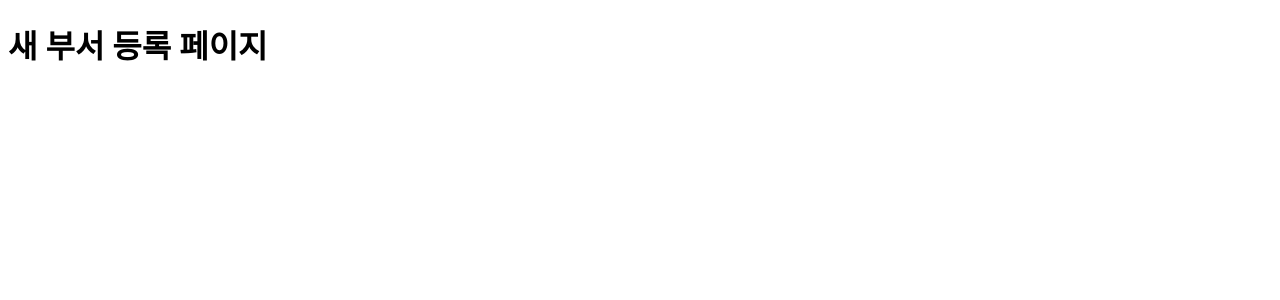
Repository: onuo77/HTA
Page: http://localhost/sample/hr/dept/form.jsp
These files come from the project's save history. The page is drawn as it stood at one moment and after the next save; the edit follows.
The browser window is 1280 px wide. The pictures show the whole page.
The page is served by Tomcat 9.

Above is the page before, as saved 2021-05-21 05:09:44.

After the next save:
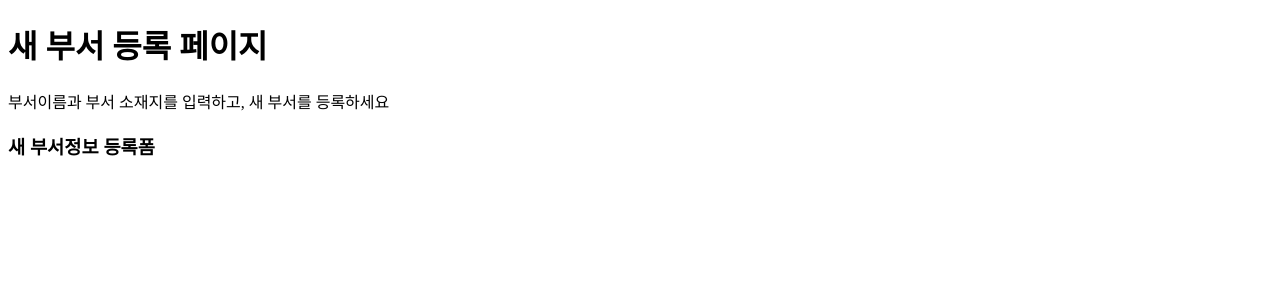
Saved 58 s later.
--- a/java-web/sample/src/main/webapp/hr/dept/form.jsp
+++ b/java-web/sample/src/main/webapp/hr/dept/form.jsp
@@ -8,6 +8,9 @@
 </head>
 <body>
 	<h1>새 부서 등록 페이지</h1>
+	<p>부서이름과 부서 소재지를 입력하고, 새 부서를 등록하세요</p>
+
+	<h3>새 부서정보 등록폼</h3>
 
 </body>
 </html>
